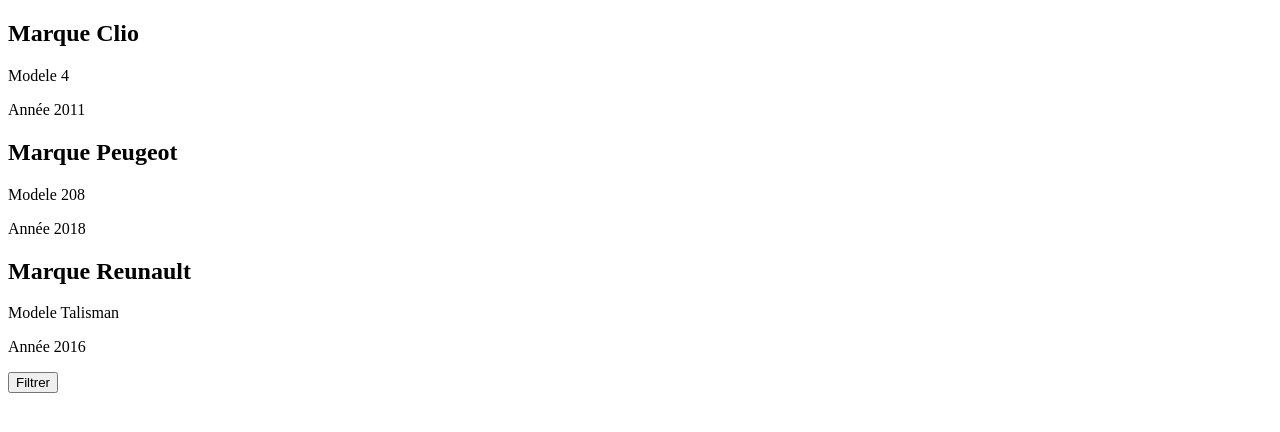
Repository: Coumba25040/coumbaProjet
Page: exoGPT/index.html
The author's editor kept a copy of each file at every save. The page is drawn from the files as they stood at one save, then again after the next save.
The browser window is 1280 px wide. The pictures show the whole page.

Above is the page before, as saved 2025-06-23 09:19:57.
Console error: TypeError: Cannot read properties of null (reading 'addEventListener')

### exoGPT/index.html
<!DOCTYPE html>
<html lang="en">
<head>
    <meta charset="UTF-8">
    <meta name="viewport" content="width=device-width, initial-scale=1.0">
    <title>Document</title>
</head>
<body>

    <div id="container-voiture"></div>
    <button>Filtrer</button>
    <script src="main.js"></script>
</body>
</html>

### exoGPT/main.js

let trier = document.getElementById("trier")


let voitures = [

    {marque: "Clio", modele: "4", annee: 2011},
    {marque: "Peugeot", modele: "208", annee: 2018},
    {marque: "Reunault", modele: "Talisman", annee: 2016}

]
let containerVoiture = document.getElementById("container-voiture")

function afficherVoiture(){
    containerVoiture.innerHTML = ''

    voitures.forEach(({marque, modele, annee}) => {

        containerVoiture.innerHTML += `
        <div class='voiture'>
            <h2>Marque ${marque}</h2>
            <p>Modele ${modele}</p>
            <p>Année ${annee}</p>
        </div>`
    });
}

afficherVoiture()


trier.addEventListener("change", (e) => {
  const sens = e.target.value

   if(sens === "asc"){
    voitures.sort((a, b) => a.annee - b.annee)
   }else if(sens === "desc"){
    voitures.sort((a, b) => b.annee - a.annee)
   }

   afficherVoiture()
})

After the next save:
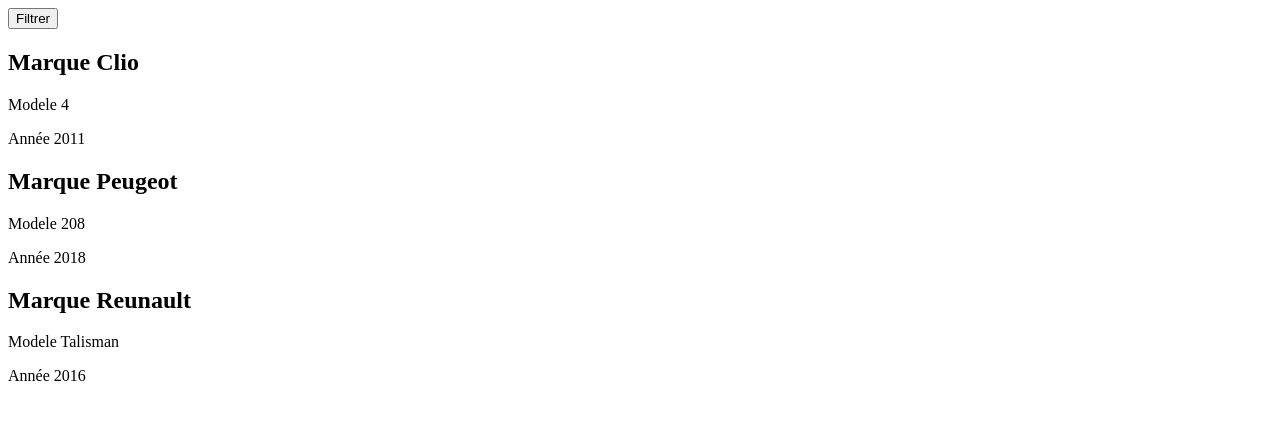
Saved 26 s later.
--- a/exoGPT/index.html
+++ b/exoGPT/index.html
@@ -6,9 +6,9 @@
     <title>Document</title>
 </head>
 <body>
+    <button>Filtrer</button>
+    <div id="container-voiture"></div>
 
-    <div id="container-voiture"></div>
-    <button>Filtrer</button>
     <script src="main.js"></script>
 </body>
 </html>
